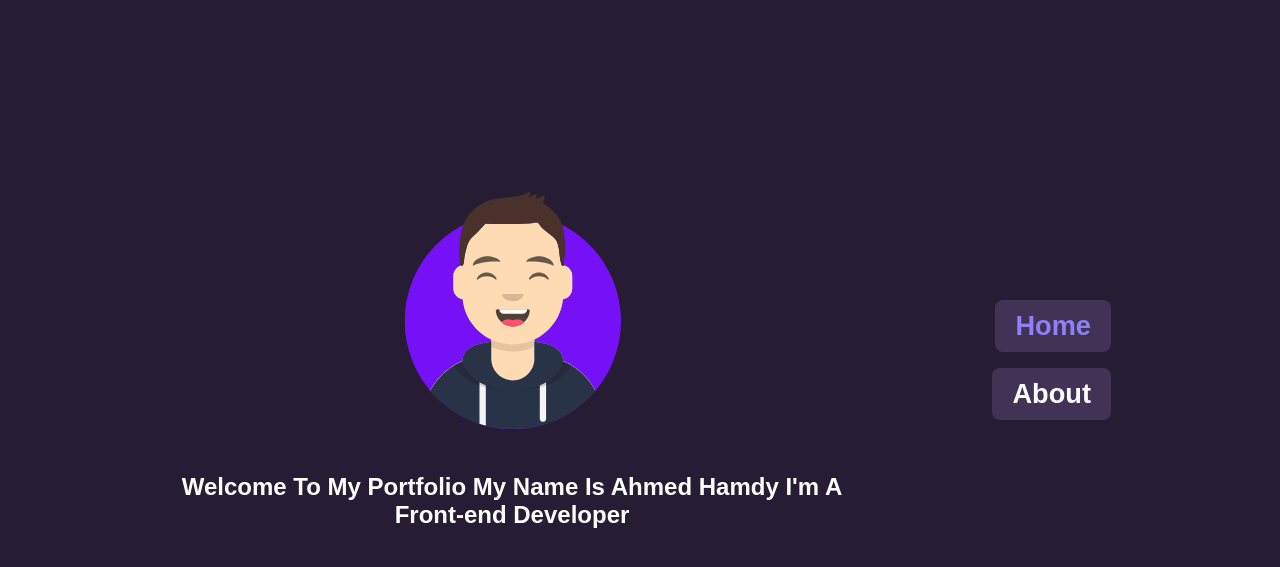
Repository: ahamdy997/portfolio
Page: /
An editor plug-in stored every save of this project. The page is shown before and after the next save, followed by the edit.
The browser window is 1280 px wide. The pictures show the whole page.
The project was rebuilt for these pictures with package versions that can differ from the ones it lists, and the page was loaded fresh each time. Also part of the build but not shown: vue.config.js.

Above is the page before, as saved 2023-11-05 22:29:59.

### src/App.vue
<template>
  <div class="flex">
    <router-view />
    <header>
      <nav>
        <router-link to="/">Home</router-link>
        <router-link to="/about">About</router-link>
      </nav>
    </header>
  </div>
</template>

<style>
* {
  box-sizing: border-box;
  padding: 0;
  margin: 0;
}
.flex {
  display: flex;
  justify-content: center;
  align-items: center;
  width: 100vw;
}
header {
  font-size: 1.7rem;
  display: flex;
  width: 20%;
}

nav {
  padding: 30px;
  text-align: center;
  display: flex;
  flex-direction: column;
  gap: 1rem;
}
body {
  font-family: sans-serif;
  height: 100vh;
  background: #261c33;
  display: flex;
  align-items: center;
  justify-content: center;
  color: #fff;
  text-align: center;
}
nav a {
  font-weight: bold;
  color: #fff;
  text-decoration: none;
  border-radius: 8px;
  background-color: #56447092;
  padding: 10px 20px;
  align-self: flex-end;
}
a:hover {
  color: rgba(137, 147, 200, 0.7);
}

nav a.router-link-exact-active {
  color: #8d81f3;
}
</style>

### src/views/HomeView.vue
<template>
  <div class="home">
    <img src="../assets/mf-avatar.svg" alt="happy person" />
    <HelloWorld msg="Welcome to Your Vue.js App" />
  </div>
</template>

<script>
// @ is an alias to /src
import HelloWorld from "@/components/HelloWorld.vue";

export default {
  name: "HomeView",
  components: {
    HelloWorld,
  },
};
</script>
<style scoped>
img {
  margin-bottom: 40px;
}
</style>

### src/components/HelloWorld.vue
<template>
  <div class="hello">
    <h2>
      Welcome To My Portfolio My Name Is Ahmed Hamdy I'm A Front-end Developer
    </h2>
  </div>
</template>

<script>
export default {
  name: "HelloWorld",
  props: {
    msg: String,
  },
};
</script>

<!-- Add "scoped" attribute to limit CSS to this component only -->
<style scoped>
.hello {
  margin: auto;
  width: 80%;
}
a {
  color: #42b983;
}
</style>

Loaded but not shown: public/index.html (common file); src/main.js (common file); src/router/index.js (common file)

After the next save:
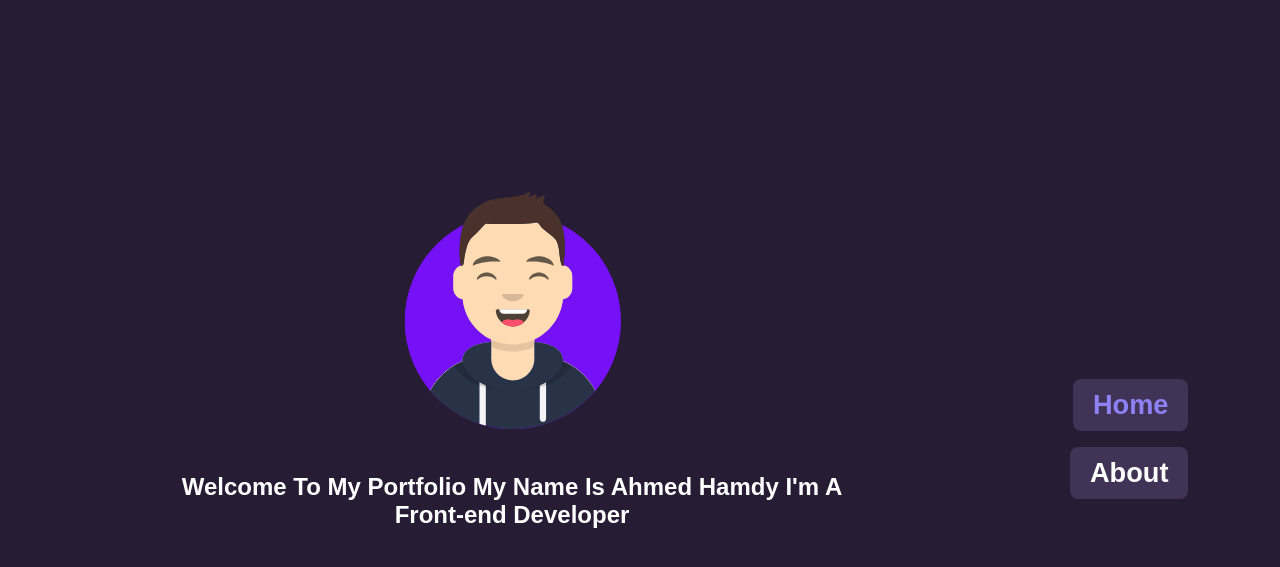
Saved 17 s later.
--- a/src/App.vue
+++ b/src/App.vue
@@ -24,7 +24,7 @@
 }
 header {
   font-size: 1.7rem;
-  display: flex;
+  align-self: flex-end;
   width: 20%;
 }
 
